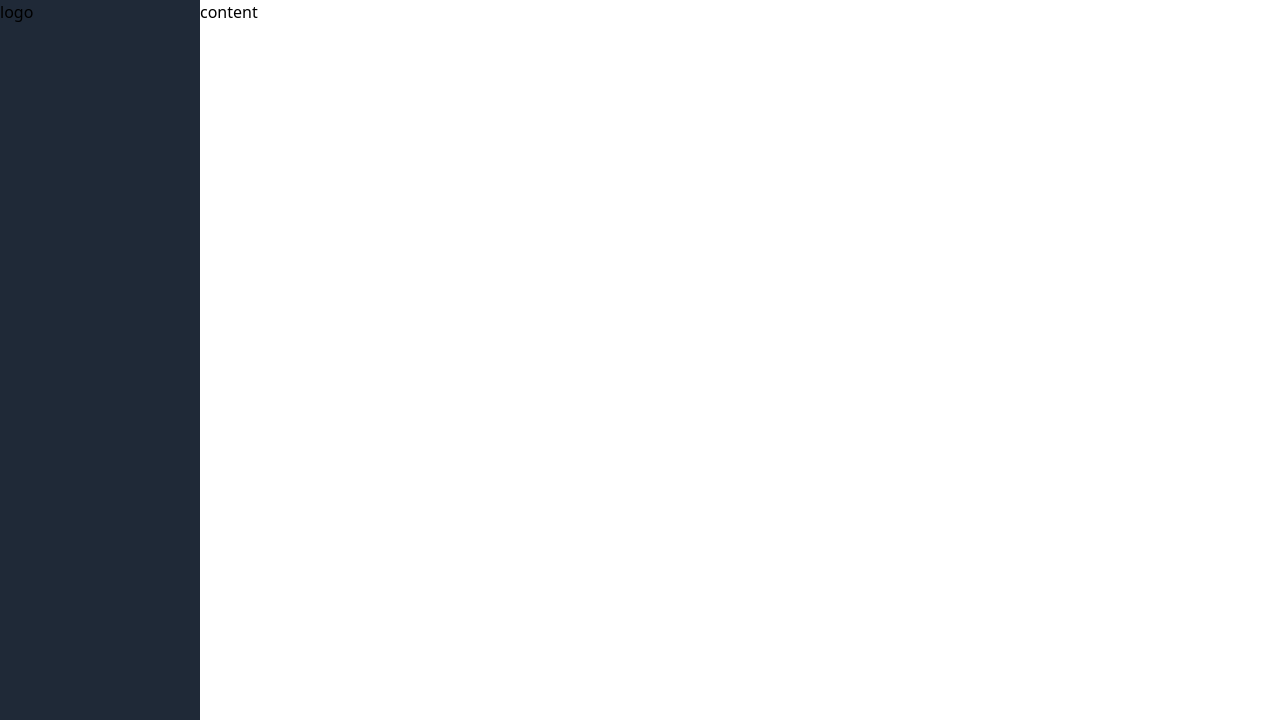
Repository: liangyingbo/vite-vue-TS
Page: /#/admin/home
The author's editor kept a copy of each file at every save. The page is drawn from the files as they stood at one save, then again after the next save.
The browser window is 1280 px wide. The pictures show the whole page.
The project was rebuilt for these pictures with package versions that can differ from the ones it lists, and the page was loaded fresh each time. Also part of the build but not shown: vite.config.ts, src/components/form/HdButton.vue, src/components/form/HdInput.vue, src/components/form/hdLink.vue, src/styles/global.scss.

Above is the page before, as saved 2022-11-18 19:23:48.

After the next save:
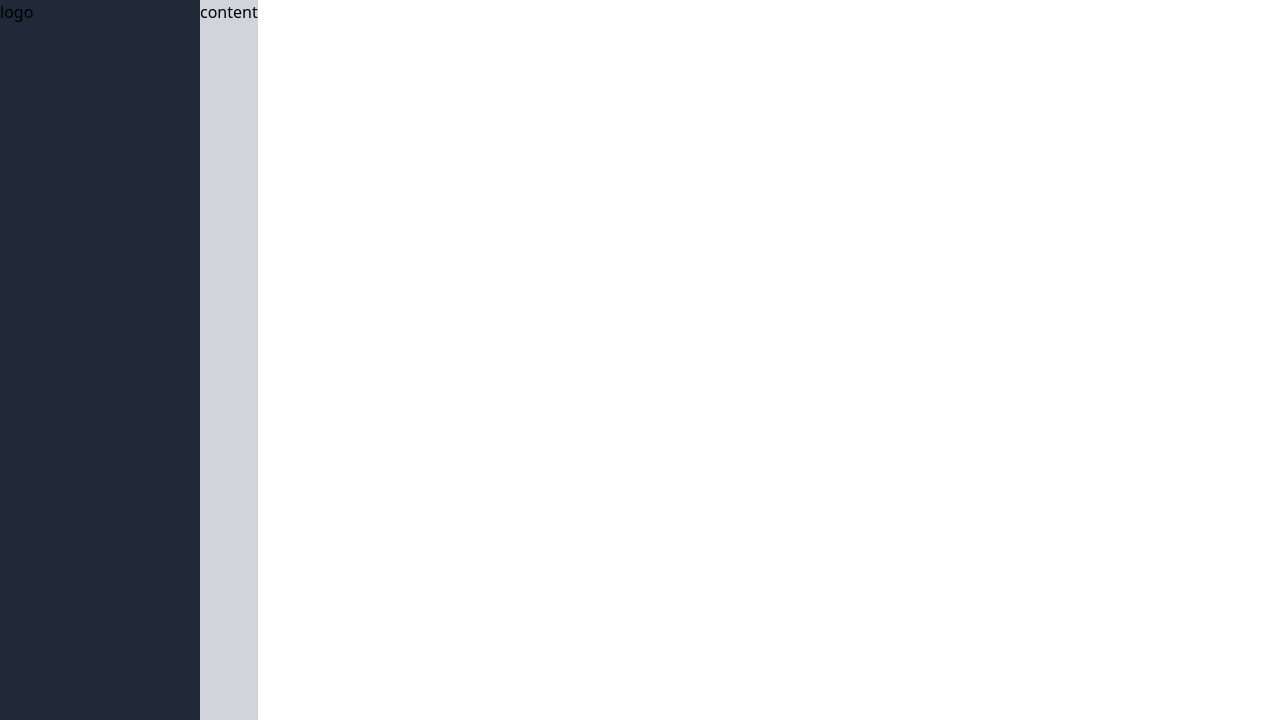
Saved 58 s later.
--- a/src/views/admin/home.vue
+++ b/src/views/admin/home.vue
@@ -3,7 +3,7 @@
         <div class="w-[200px] bg-gray-800">
              <div class="">logo</div>
         </div>
-        <div class="">
+        <div class="bg-gray-300">
             content
         </div>
     </div>
